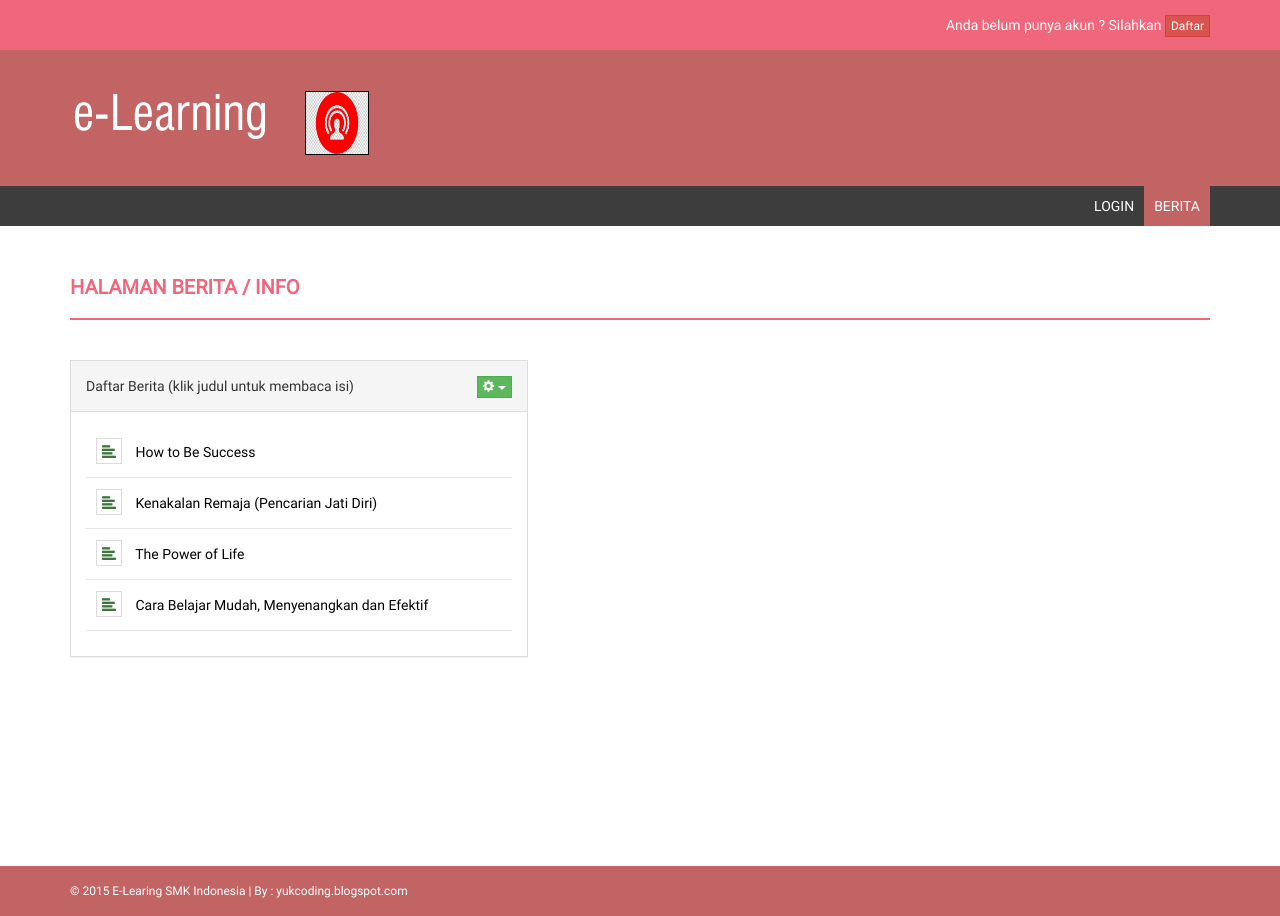
Repository: ramdanriawan/elearning-bangasep
Page: http://localhost/?page=berita
The author's editor kept a copy of each file at every save. The page is drawn from the files as they stood at one save, then again after the next save.
The browser window is 1280 px wide. The pictures show the whole page.
The page is run by PHP 8.4 with error messages shown; the project is at /var/www/html/. The database holds what the project's SQL file puts in it.

Above is the page before, as saved 2020-04-12 00:15:44.

After the next save:
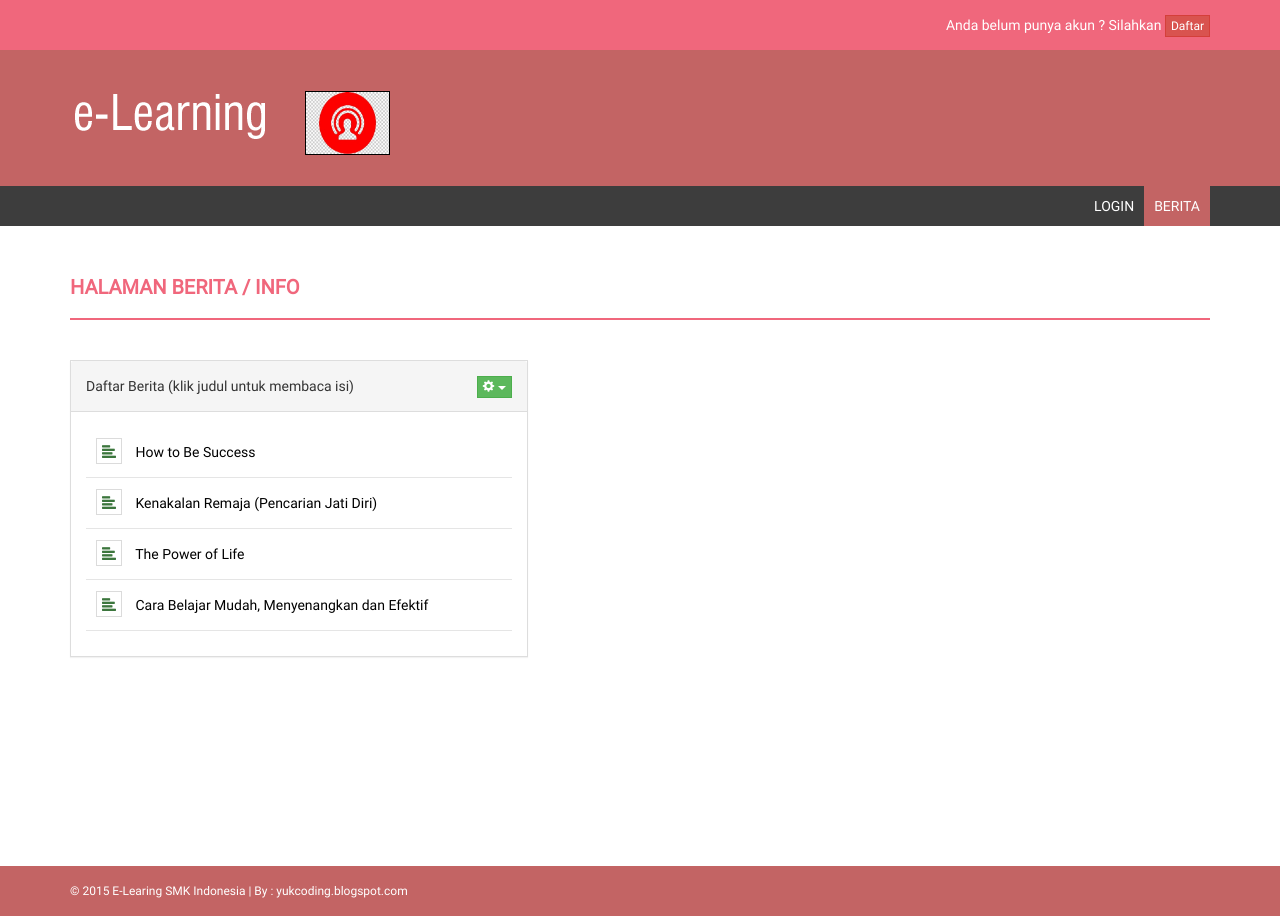
Saved 102 s later.
--- a/login.php
+++ b/login.php
@@ -41,8 +41,7 @@ $db = mysqli_connect("localhost", "lomx1822_e_learning", "lomx1822_e_learning",
                 <div class="user-settings-wrapper">
                     <ul class="nav">
                         <li class="dropdown">
-                                <img src="img/logo.jpeg" alt="" width=40 height=60>
-
+                                <img src="img/logo.jpeg" alt="" style="height:64px !important; width:85px !important;">
                         </li>
                     </ul>
                 </div>
